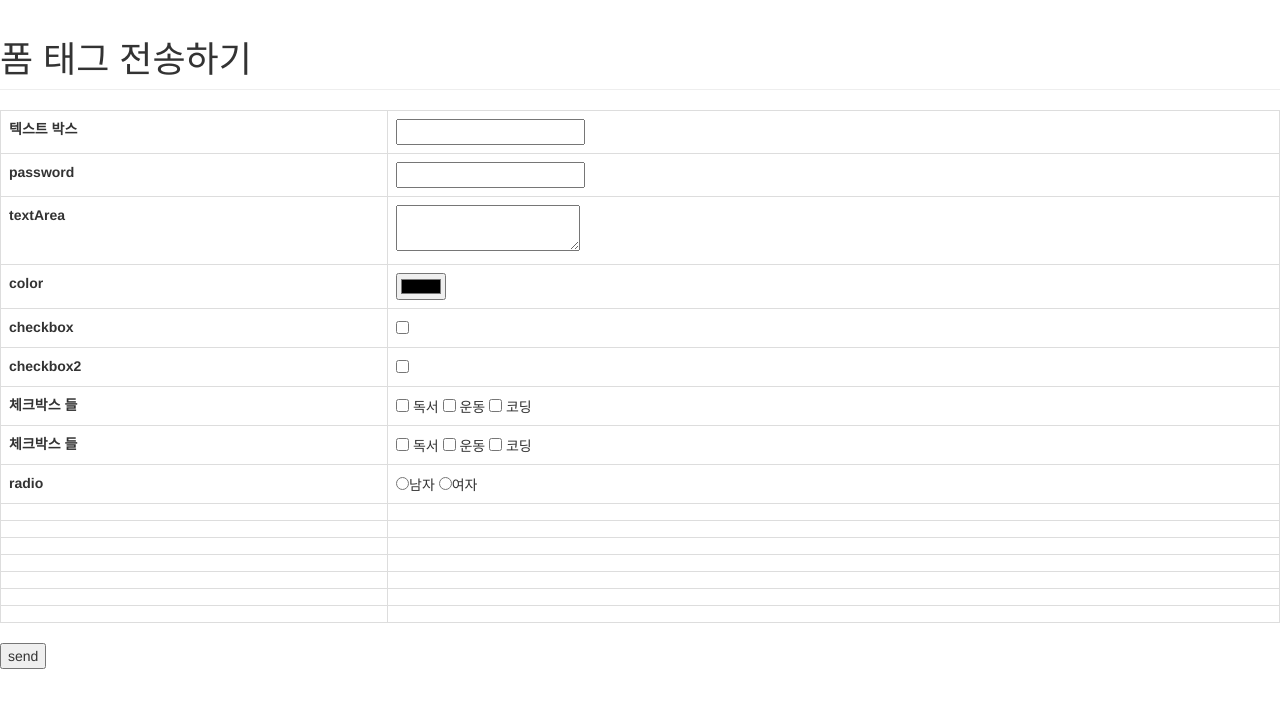
Repository: Hwang-97/HhwDesktop
Page: http://localhost/jspTest/ex04.jsp
These files come from the project's save history. The page is drawn as it stood at one moment and after the next save; the edit follows.
The browser window is 1280 px wide. The pictures show the whole page.
The page is served by Tomcat 9.

Above is the page before, as saved 2022-01-06 05:45:48.

After the next save:
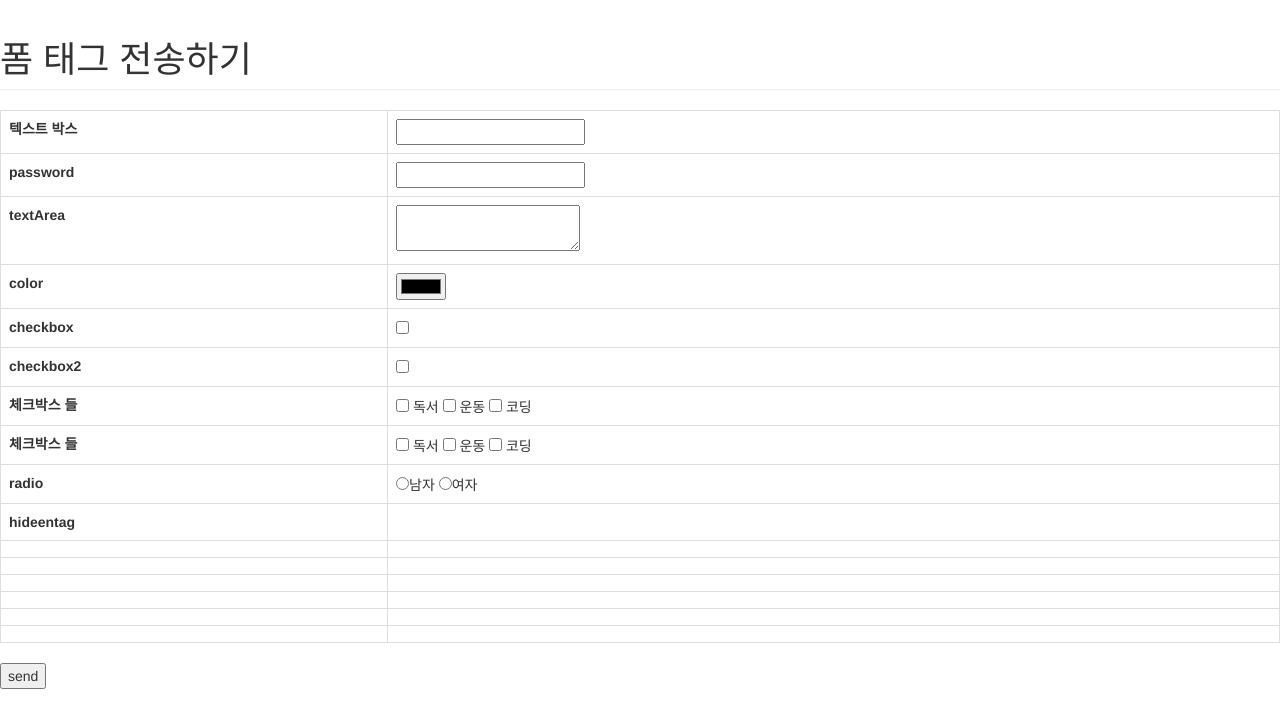
Saved 2 min 29 s later.
--- a/server/jspTest/src/main/webapp/ex04.jsp
+++ b/server/jspTest/src/main/webapp/ex04.jsp
@@ -64,8 +64,10 @@
 					</td>
 				</tr>
 				<tr>
-					<th></th>
-					<td></td>
+					<th>hideentag</th>
+					<td>
+						<input type="hidden" value="abcd" name="hd">
+					</td>
 				</tr>
 				<tr>
 					<th></th>
